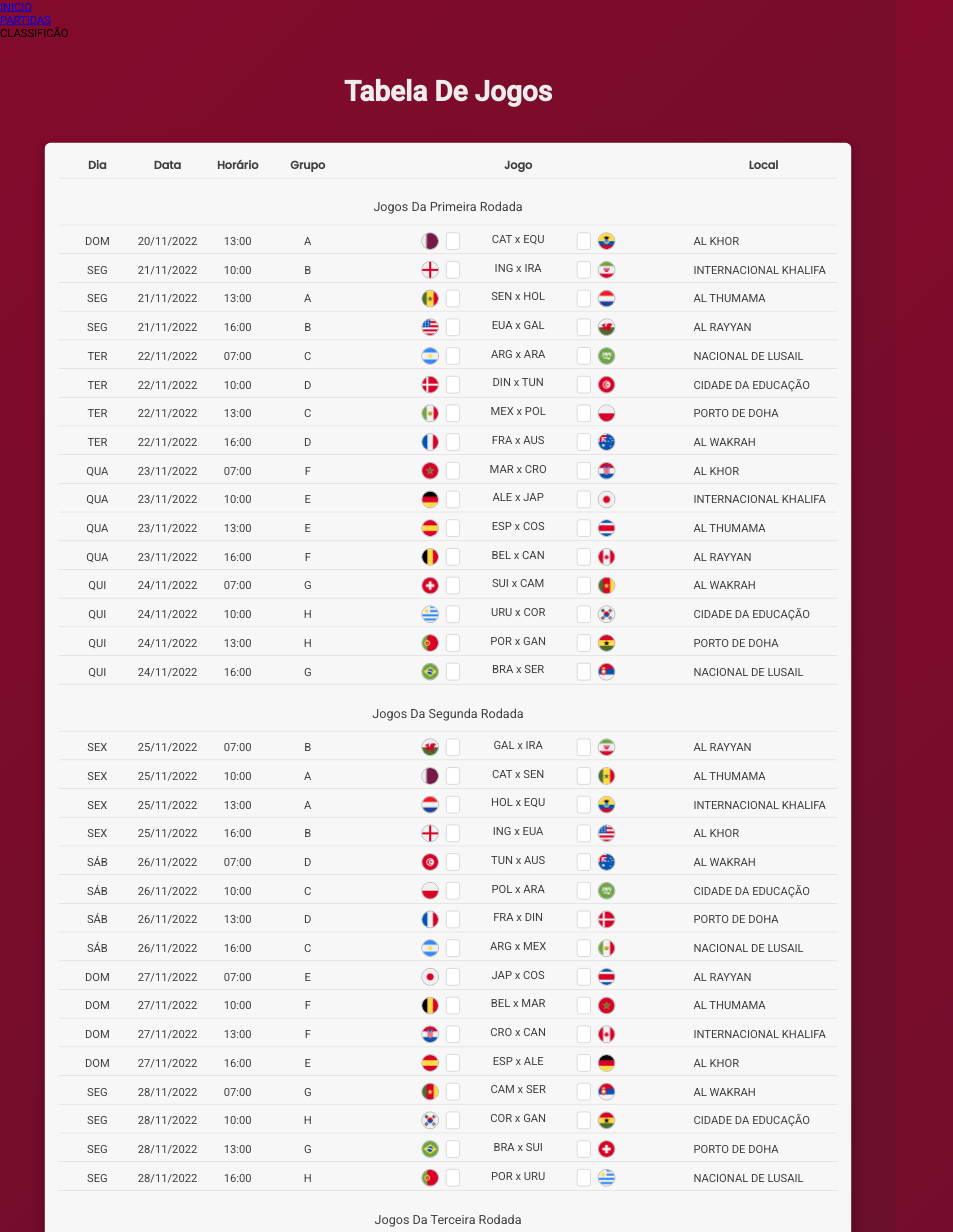
Repository: mayconndouglass/cup-simulator
Page: index.html
The author's editor kept a copy of each file at every save. The page is drawn from the files as they stood at one save, then again after the next save.
The browser window is 1280 px wide. The page is 1362 px wide, so the pictures cover 1362 px, including what lies to the right of the window. The pictures show the part of the page from y = 0 to 1760 px (the page is 5959 px tall before and 6091 px after), at 70% of full size.

Above is the page before, as saved 2023-01-10 08:45:09.

After the next save:
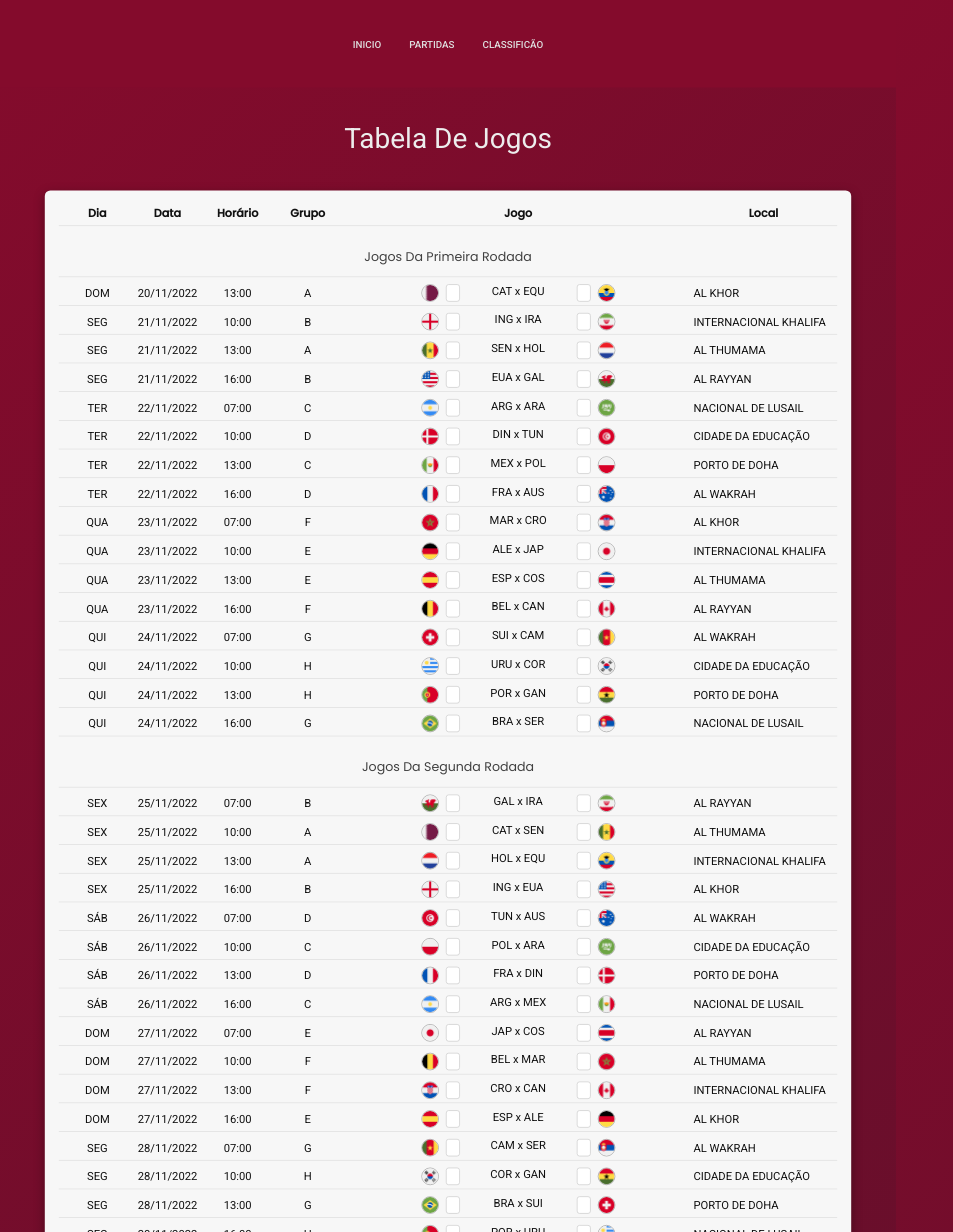
Saved 59 s later.
--- a/index.html
+++ b/index.html
@@ -5,6 +5,7 @@
   <meta charset="UTF-8">
   <meta http-equiv="X-UA-Compatible" content="IE=edge">
   <meta name="viewport" content="width=device-width, initial-scale=1.0">
+  <link rel="stylesheet" href="./css/initial_page.css">
   <link rel="stylesheet" href="./css/style.css">
   <title>Copa Do Mundo</title>
 </head>
